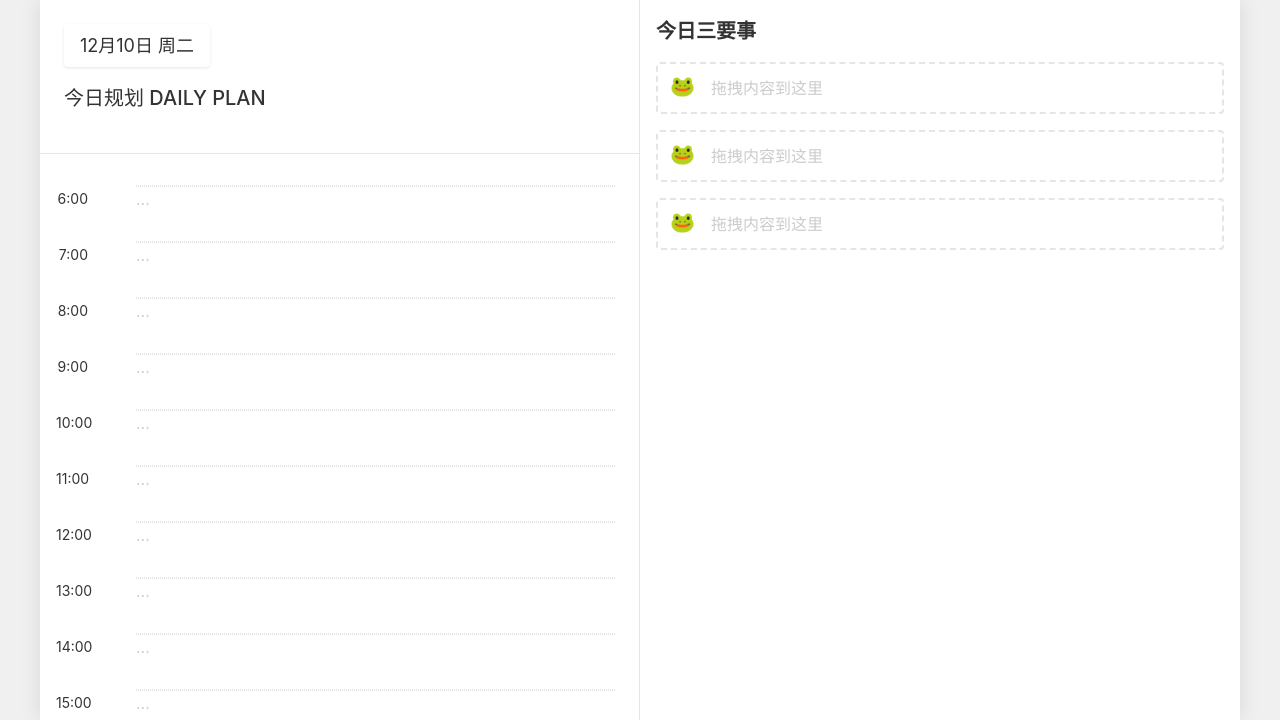
Repository: a6288a/Daily-Planner
Page: index.html
An editor plug-in stored every save of this project. The page is shown before and after the next save, followed by the edit.
The browser window is 1280 px wide. The pictures show the whole page.
An inner scrolling area shows only its first screen.

Above is the page before, as saved 2024-12-10 17:26:15.

After the next save:
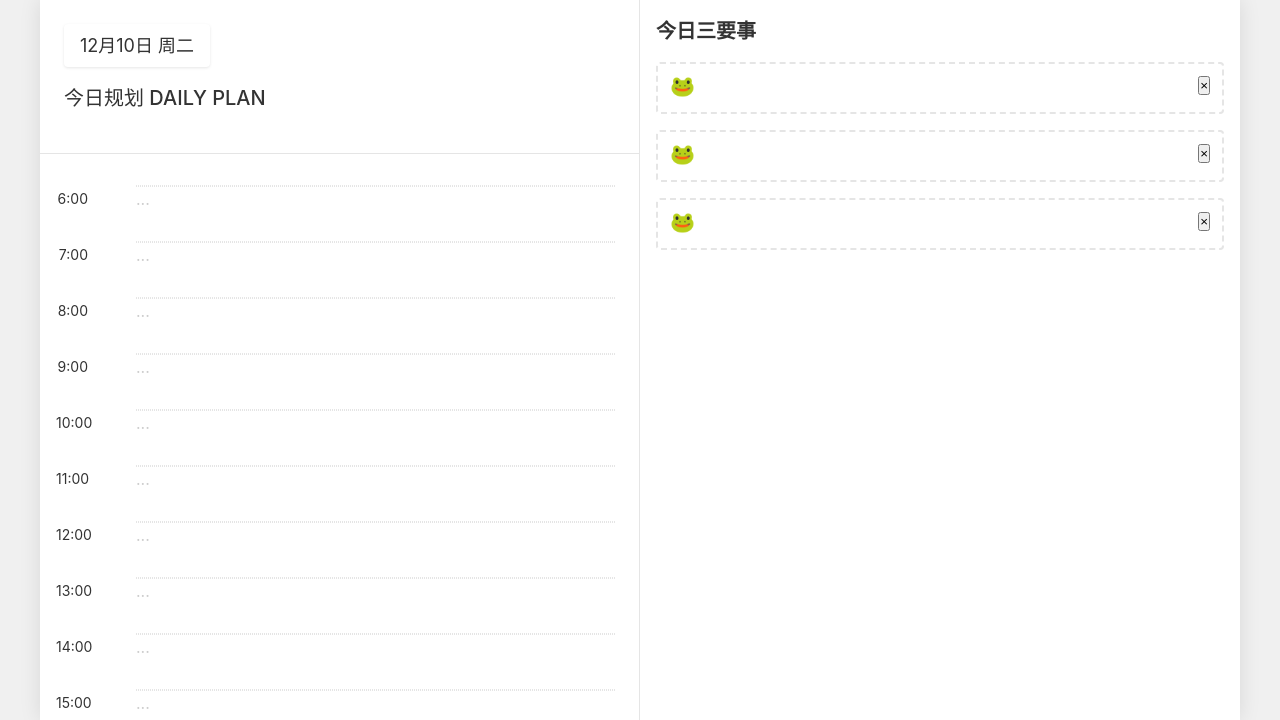
Saved 7 min 53 s later.
--- a/index.html
+++ b/index.html
@@ -28,17 +28,20 @@
             <div class="frogs-area">
                 <h2 class="frogs-title">今日三要事</h2>
                 <div class="frog-tasks">
-                    <div class="frog-task" data-index="0">
+                    <div class="frog-task">
                         <span class="frog-emoji">🐸</span>
-                        <div class="task-content" data-placeholder="拖拽内容到这里"></div>
+                        <div class="task-content" data-index="0">点击设置重要事项</div>
+                        <button class="task-clear" title="清除">×</button>
                     </div>
-                    <div class="frog-task" data-index="1">
+                    <div class="frog-task">
                         <span class="frog-emoji">🐸</span>
-                        <div class="task-content" data-placeholder="拖拽内容到这里"></div>
+                        <div class="task-content" data-index="1">点击设置重要事项</div>
+                        <button class="task-clear" title="清除">×</button>
                     </div>
-                    <div class="frog-task" data-index="2">
+                    <div class="frog-task">
                         <span class="frog-emoji">🐸</span>
-                        <div class="task-content" data-placeholder="拖拽内容到这里"></div>
+                        <div class="task-content" data-index="2">点击设置重要事项</div>
+                        <button class="task-clear" title="清除">×</button>
                     </div>
                 </div>
             </div>
